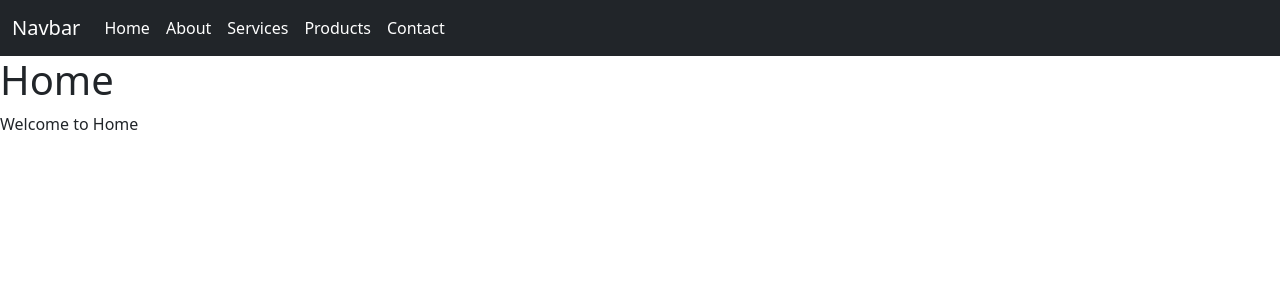
Repository: BlessingAjiboye/WEEJ4JULIO
Page: http://localhost/
An editor plug-in stored every save of this project. The page is shown before and after the next save, followed by the edit.
The browser window is 1280 px wide. The pictures show the whole page.
The page is served by the project's Node server (server.js). Other server files are loaded and not shown.

Above is the page before, as saved 2022-09-23 12:26:49.

### views/index.ejs
<!DOCTYPE html>
<html lang="en">
<head>
  <meta charset="UTF-8">
  <meta http-equiv="X-UA-Compatible" content="IE=edge">
  <meta name="viewport" content="width=device-width, initial-scale=1.0">
  <title><%= title %></title>
  <link rel="stylesheet"href="/bootstrap/dist/css/bootstrap.min.css"/>
  <link rel="stylesheet"href="@fortawesome/fontawesome-free/css/all.min.css"/>
  <link rel='stylesheet' href='/Content/app.css' />
</head>
<body>
  <nav class="navbar navbar-expand-lg navbar-dark bg-dark">
    <div class="container-fluid">
      <a class="navbar-brand" href="#">Navbar</a>
      <button class="navbar-toggler" type="button" data-bs-toggle="collapse" data-bs-target="#navbarSupportedContent" aria-controls="navbarSupportedContent" aria-expanded="false" aria-label="Toggle navigation">
        <span class="navbar-toggler-icon"></span>
      </button>
      <div class="collapse navbar-collapse" id="navbarSupportedContent">
        <ul class="navbar-nav me-auto mb-2 mb-lg-0">
          <li class="nav-item">
            <a class="nav-link active" aria-current="page" href="/">Home</a>
          </li>

          <li class="nav-item">
            <a class="nav-link active" aria-current="page" href="/about">About</a>
          </li>
          <li class="nav-item">
            <a class="nav-link active" aria-current="page" href="/services">Services</a>
          </li>
          <li class="nav-item">
            <a class="nav-link active" aria-current="page" href="/products">Products</a>
          </li>
          <li class="nav-item">
            <a class="nav-link active" aria-current="page" href="/contact">Contact</a>
          </li>

      </div>
    </div>
  </nav>
  <h1><%= title %></h1>
   <p>Welcome to <%= title %></p>

   <script src="/jquery/dist/jquery.min.js"></script>
   <script src="/bootstrap/dist/js/bootstrap.min.js"></script>
    <script src="/Scripts/app.js"></script>
</body>
</html>

### server.js
#!/usr/bin/env node

/**
 * Module dependencies.
 */

var app = require('./app');
var debug = require('debug')('week344:server');
var http = require('http');

/**
 * Get port from environment and store in Express.
 */

var port = normalizePort(process.env.PORT || '3000');
app.set('port', port);

/**
 * Create HTTP server.
 */

var server = http.createServer(app);

/**
 * Listen on provided port, on all network interfaces.
 */

server.listen(port);
server.on('error', onError);
server.on('listening', onListening);

/**
 * Normalize a port into a number, string, or false.
 */

function normalizePort(val) {
  var port = parseInt(val, 10);

  if (isNaN(port)) {
    // named pipe
    return val;
  }

  if (port >= 0) {
    // port number
    return port;
  }

  return false;
}

/**
 * Event listener for HTTP server "error" event.
 */

function onError(error) {
  if (error.syscall !== 'listen') {
    throw error;
  }

  var bind = typeof port === 'string'
    ? 'Pipe ' + port
    : 'Port ' + port;

  // handle specific listen errors with friendly messages
  switch (error.code) {
    case 'EACCES':
      console.error(bind + ' requires elevated privileges');
      process.exit(1);
      break;
    case 'EADDRINUSE':
      console.error(bind + ' is already in use');
      process.exit(1);
      break;
    default:
      throw error;
  }
}

/**
 * Event listener for HTTP server "listening" event.
 */

function onListening() {
  var addr = server.address();
  var bind = typeof addr === 'string'
    ? 'pipe ' + addr
    : 'port ' + addr.port;
  debug('Listening on ' + bind);
}

### routes/index.js
var express = require('express');
var router = express.Router();

/* GET home page. */
router.get('/', function(req, res, next) {
  res.render('index', { title: 'Home' },


  );
});

router.get('/home', function(req, res, next) {
  res.render('index', { title: 'Home' });
});
router.get('/about', function(req, res, next) {
  res.render('index', { title: 'About' });
});

router.get('/Products', function(req, res, next) {
  res.render('index', { title: 'Products' });
});

router.get('/Services', function(req, res, next) {
  res.render('index', { title: 'Services' });
});

router.get('/Contact', function(req, res, next) {
  res.render('index', { title: 'Contact' });
});
module.exports = router;

### app.js
var createError = require('http-errors');
var express = require('express');
var path = require('path');
var cookieParser = require('cookie-parser');
var logger = require('morgan');

var indexRouter = require('./routes/index');
var usersRouter = require('./routes/users');

var app = express();

// view engine setup
app.set('views', path.join(__dirname, 'views'));
app.set('view engine', 'ejs');

app.use(logger('dev'));
app.use(express.json());
app.use(express.urlencoded({ extended: false }));
app.use(cookieParser());
app.use(express.static(path.join(__dirname, 'public')));
app.use(express.static(path.join(__dirname, 'node_modules')));

app.use('/', indexRouter);
app.use('/users', usersRouter);

// catch 404 and forward to error handler
app.use(function(req, res, next) {
  next(createError(404));
});

// error handler
app.use(function(err, req, res, next) {
  // set locals, only providing error in development
  res.locals.message = err.message;
  res.locals.error = req.app.get('env') === 'development' ? err : {};

  // render the error page
  res.status(err.status || 500);
  res.render('error');
});

module.exports = app;

### public/Content/app.css
/* custom css*/

### public/Scripts/app.js
(function(){
    function start()
    {
        console.log("App started...");
    }
    window.addEventListener("load",start);
})();

After the next save:
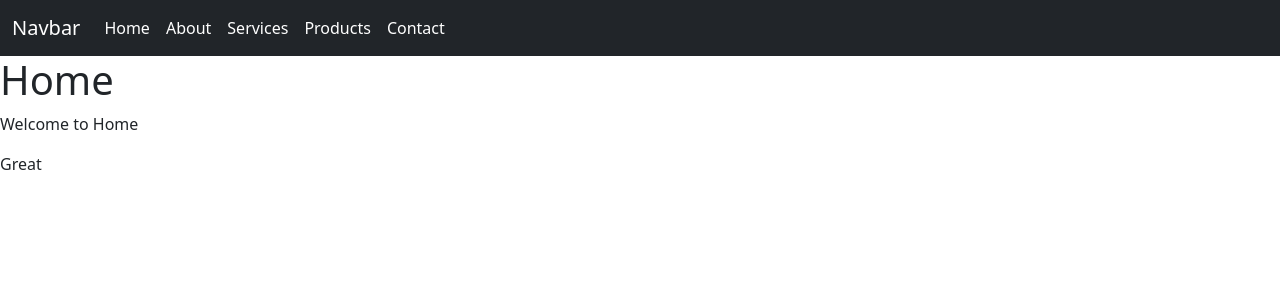
Saved 55 s later.
--- a/views/index.ejs
+++ b/views/index.ejs
@@ -40,7 +40,7 @@
   </nav>
   <h1><%= title %></h1>
    <p>Welcome to <%= title %></p>
-
+   <p>Great </p>
    <script src="/jquery/dist/jquery.min.js"></script>
    <script src="/bootstrap/dist/js/bootstrap.min.js"></script>
     <script src="/Scripts/app.js"></script>

After the save that followed:
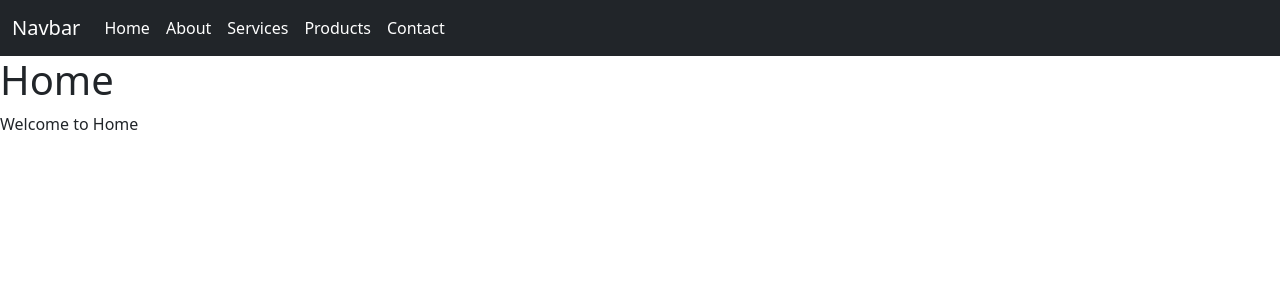
Saved 3 min 34 s later.
--- a/views/index.ejs
+++ b/views/index.ejs
@@ -40,7 +40,7 @@
   </nav>
   <h1><%= title %></h1>
    <p>Welcome to <%= title %></p>
-   <p>Great </p>
+
    <script src="/jquery/dist/jquery.min.js"></script>
    <script src="/bootstrap/dist/js/bootstrap.min.js"></script>
     <script src="/Scripts/app.js"></script>
